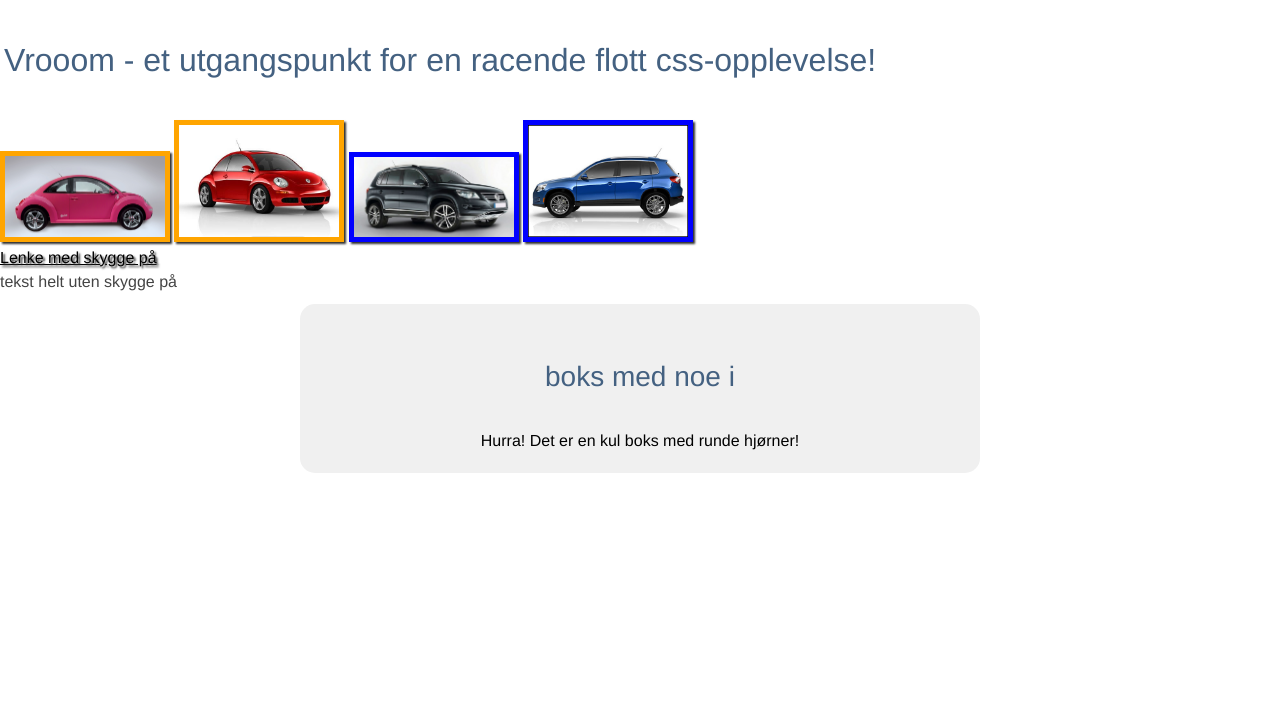
Repository: mesan/css-kurs
Page: kode/wroom/index.html
The author's editor kept a copy of each file at every save. The page is drawn from the files as they stood at one save, then again after the next save.
The browser window is 1280 px wide. The pictures show the whole page.

Above is the page before, as saved 2013-01-21 22:07:14.

### kode/wroom/index.html
<!DOCTYPE html>
<html lang="en">
	<head>
		<meta charset="utf-8" />
		<link rel="stylesheet" type="text/css" href="styles/reset.css"/>
		<link rel="stylesheet" type="text/css" href="styles/examples.css"/>

		<!-- Always force latest IE rendering engine (even in intranet) & Chrome Frame
		Remove this if you use the .htaccess -->
		<meta http-equiv="X-UA-Compatible" content="IE=edge,chrome=1" />

		<title>Vrooom!</title>
		<meta name="description" content="" />
		<meta name="viewport" content="width=device-width; initial-scale=1.0" />

	</head>

	<body>
		<div>
			<header>
				<h1>Vrooom - et utgangspunkt for en racende flott css-opplevelse!</h1>
			</header>

			<div>
				<!--fjernes-->
				<img src="images/volkswagen-beetle-pink.jpg" />
				<img src="images/volkswagen-beetle-red.jpg" />
				<img src="images/volkswagen-tiguan-nero.jpg" />
				<img src="images/volkswagen-tiguan.jpg" />
				<br />
				<p>
					<a href="#">Lenke med skygge på</a>
				</p>
				<p>tekst helt uten skygge på</p>
			</div>

			<div class="container rounded-corners">
				<h2>boks med noe i</h2>
				<p>
					Hurra! Det er en kul boks med runde hjørner!
				</p>
			</div>
			<footer>
				<p>

				</p>
			</footer>
		</div>
	</body>
</html>

### kode/wroom/styles/reset.css
@charset "utf-8";
/* --------------------------------------------------------------
-----------------------------------------------------------------

	DEFINITIONS: HTML5 DOCTOR
	AUTHOR:      HTML5 DOCTOR
	VERSION:     2012-02-20

/*  RESET
-----------------------------------------------------------------------------------------------
===============================================================================================*/
/* http://meyerweb.com/eric/tools/css/reset/ */
html,body,div,span,applet,object,iframe,h1,h2,h3,h4,h5,h6,p,blockquote,pre,a,abbr,acronym,address,big,cite,code,del,dfn,em,img,ins,kbd,q,s,samp,small,strike,strong,sub,sup,tt,var,b,u,i,center,dl,dt,dd,ol,ul,li,fieldset,form,label,legend,table,caption,tbody,tfoot,thead,tr,th,td,article,aside,canvas,details,figcaption,figure,footer,header,hgroup,menu,nav,section,summary,time,mark,audio,video{
  margin:0;
  padding:0;
  border:0;
  outline:0;
  font-size:100%;
  font:inherit;
  vertical-align:baseline;
}
/* HTML5 display-role reset for older browsers */
article,aside,details,figcaption,figure,footer,header,hgroup,menu,nav,section{
  display:block;
}
nav ul{
  list-style:none;
}
table{
  border-collapse:collapse;
  border-spacing:0;
}

### kode/wroom/styles/examples.css

html{
    margin-bottom: 1px;
    min-height: 100%;
}
body {
    background: #FFFFFF;
    color: #444;
    font-family: Helvetica, Arial, sans-serif;
    font-size: 16px;
}

/****************
 * Nesting and grouping
 ****************/

/* Grouping - flere selektorer, samme stil.
 * Litt mindre kode */
h1, h2, h3{
    color: #446181;
    line-height: 2.500em;
    margin: 0.625em 0.125em;
}

h1{ font-size: 2.000em; }
h2{ font-size: 1.750em; }
h3{ font-size: 1.500em; }


p{
    font-size: 1em;
    line-height: 1.5;
}

.rounded-corners{
    border-radius: 0.938em;
    -moz-border-radius: 0.938em;
    -webkit-border-radius: 0.938em;
}

.container{
    background: #F0F0F0;
    width: 50%;

    margin-left:auto;
    margin-right:auto;

    padding: 1.250em;
    margin-top: 0.625em;
    text-align: center;
}

/* Nesting - spesifisering av stil - selector inni selector */
.container p{
    color:#000000;
}

/***************
 * CSS3-selectors
 ***************/

/*Velger alle img-elementer på siden hvis src-atributt starter med "images"*/
img[src^="images"]{
	border: 5px solid orange;
}

/*Velger alle img-elementer på siden hvis src-atributt inneholder "tiguan"*/
img[src*="tiguan"]{
    border: 5px solid blue;
}

/*Velger alle img-elementer på siden hvis src-atributt slutter på ".jpg" */
img[src$=".jpg"]{
    width: 10em;

    box-shadow: 2px 2px 2px #2F2F2F;
}

/*Velger alle a-elementer på siden hvis href-atributt inneholder  "#" */
/* text-shadow med verdiene i rekkefølgen:
 ** horisontal plassering (kan også være negativ eller 0)
 ** vertikal plassering (kan også være negativ eller 0)
 ** blur (valgfri)
 ** farge */
a[href*="#"]{
    color: black;
    text-shadow: 2px 2px 2px #2F2F2F;
}

After the next save:
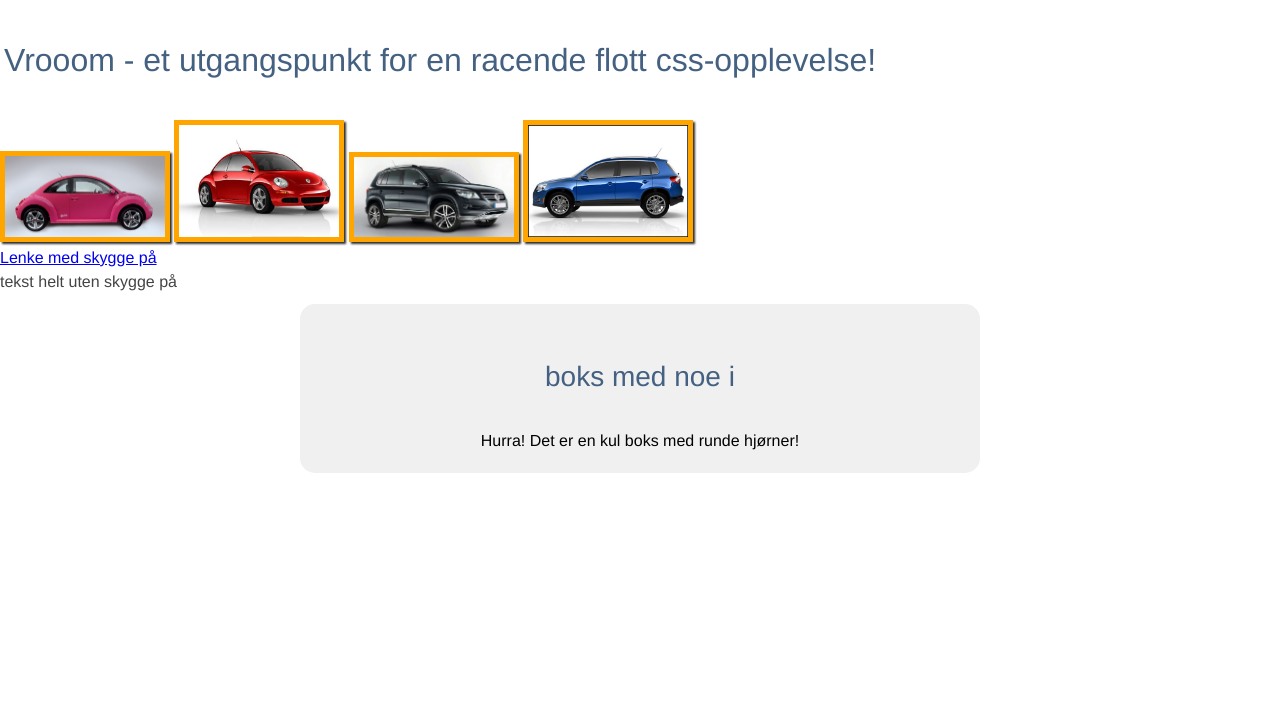
Saved 2 min 12 s later.
--- a/kode/wroom/styles/examples.css
+++ b/kode/wroom/styles/examples.css
@@ -65,7 +65,7 @@ img[src^="images"]{
 }
 
 /*Velger alle img-elementer på siden hvis src-atributt inneholder "tiguan"*/
-img[src*="tiguan"]{
+/*img[src*="tiguan"]{
     border: 5px solid blue;
 }
 
@@ -82,7 +82,7 @@ img[src$=".jpg"]{
  ** vertikal plassering (kan også være negativ eller 0)
  ** blur (valgfri)
  ** farge */
-a[href*="#"]{
+/*a[href*="#"]{
     color: black;
     text-shadow: 2px 2px 2px #2F2F2F;
-}
+}*/
